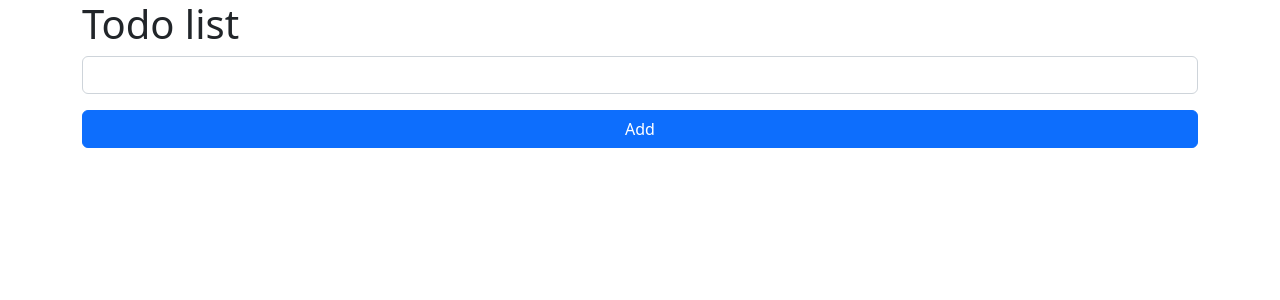
Repository: NPhanA/React2022
Page: / (app in Day 07-State and lifecycle/exercise/)
These files come from the project's save history. The page is drawn as it stood at one moment and after a run of saves; the edit follows.
The browser window is 1280 px wide. The pictures show the whole page.
The project was rebuilt for these pictures with package versions that can differ from the ones it lists, and the page was loaded fresh each time. Also part of the build but not shown: Day 07-State and lifecycle/exercise/src/Components/AppState.js, Day 07-State and lifecycle/exercise/src/Components/FormComponents.js, Day 07-State and lifecycle/exercise/src/Components/BasicCalculator.js, Day 07-State and lifecycle/exercise/src/Components/Home.js, Day 07-State and lifecycle/exercise/src/Components/LogInForm.js.

Above is the page before, as saved 2022-08-01 17:39:10.

### Day 07-State and lifecycle/exercise/src/index.js
import React from 'react';
import ReactDOM from 'react-dom/client';
import './index.css';
import { createRoot } from 'react-dom/client';
import AppState from './Components/AppState';
import 'bootstrap/dist/css/bootstrap.min.css';
import Calculator from './Components/BasicCalculator';
import LogIn from './Components/LogInForm';
import ToDo from './Components/ToDo';
const container = document.getElementById('root');
const root = createRoot(container);
root.render(<ToDo />);

### Day 07-State and lifecycle/exercise/src/Components/ToDo.js
import { Component } from "react";
class ToDo extends Component {
    constructor(props) {
        super(props);
        this.state = {
            todo: [
                { title: "", date: "", content: "" }
            ]
        }
    }


    render() {
        return (
            <div className="container">
                <div className="row">
                    <div className="col-xxl-4"></div>
                    <div className="col-xxl-4">
                        <h1>
                            Todo list
                        </h1>
                        <input type="text" className="form-control mb-3"></input>
                        <button className="btn btn-primary w-100" role="button" type="submit"  data-bs-toggle="modal" data-bs-target="#exampleModalLabel">Add</button>
                    </div>
                    <div className="col-xxl-4"></div>
                </div>

                <div className="modal" tabindex="-1" id="exampleModalLabel">
                    <div className="modal-dialog">
                        <div className="modal-content">
                            <div className="modal-header">
                                <h5 className="modal-title">Modal title</h5>
                                <button type="button" className="btn-close" data-bs-dismiss="modal" aria-label="Close"></button>
                            </div>
                            <div className="modal-body">
                                <p>Modal body text goes here.</p>
                            </div>
                            <div className="modal-footer">
                                <button type="button" className="btn btn-secondary" data-bs-dismiss="modal">Close</button>
                                <button type="button" className="btn btn-primary">Save changes</button>
                            </div>
                        </div>
                    </div>
                </div>



            </div>
        )
    }
}
export default ToDo;

Loaded but not shown: Day 07-State and lifecycle/exercise/public/index.html (common file); Day 07-State and lifecycle/exercise/src/index.css (common file)

After the next 2 saves:
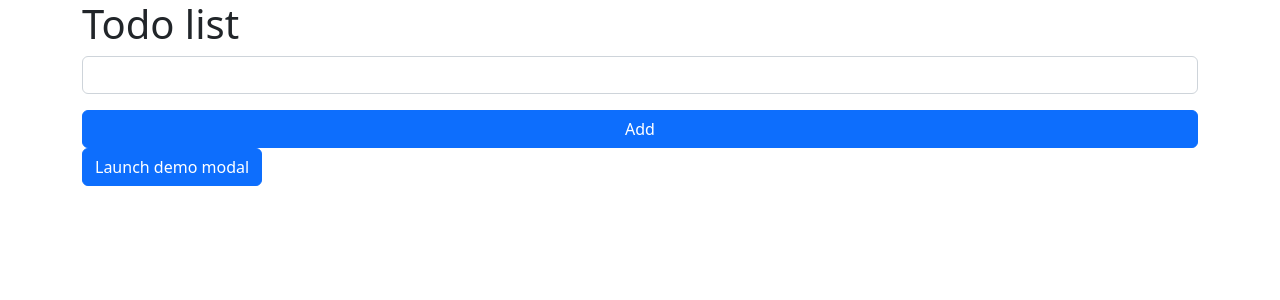
The 2 saves are shown as one change because 1 did not build or start.
The last was saved 96 s later.
--- a/Day 07-State and lifecycle/exercise/src/Components/ToDo.js
+++ b/Day 07-State and lifecycle/exercise/src/Components/ToDo.js
@@ -20,32 +20,38 @@
                             Todo list
                         </h1>
                         <input type="text" className="form-control mb-3"></input>
-                        <button className="btn btn-primary w-100" role="button" type="submit"  data-bs-toggle="modal" data-bs-target="#exampleModalLabel">Add</button>
+                        <button className="btn btn-primary w-100" role="button" type="submit" data-bs-toggle="modal" data-bs-target="#exampleModalLabel">Add</button>
                     </div>
                     <div className="col-xxl-4"></div>
                 </div>
 
-                <div className="modal" tabindex="-1" id="exampleModalLabel">
-                    <div className="modal-dialog">
-                        <div className="modal-content">
-                            <div className="modal-header">
-                                <h5 className="modal-title">Modal title</h5>
-                                <button type="button" className="btn-close" data-bs-dismiss="modal" aria-label="Close"></button>
+                <button type="button" class="btn btn-primary" data-bs-toggle="modal" data-bs-target="#exampleModal">
+                    Launch demo modal
+                </button>
+
+
+                <div class="modal fade" id="exampleModal" tabindex="-1" aria-labelledby="exampleModalLabel" aria-hidden="true">
+                    <div class="modal-dialog">
+                        <div class="modal-content">
+                            <div class="modal-header">
+                                <h5 class="modal-title" id="exampleModalLabel">Modal title</h5>
+                                <button type="button" class="btn-close" data-bs-dismiss="modal" aria-label="Close"></button>
                             </div>
-                            <div className="modal-body">
-                                <p>Modal body text goes here.</p>
+                            <div class="modal-body">
+                                ...
                             </div>
-                            <div className="modal-footer">
-                                <button type="button" className="btn btn-secondary" data-bs-dismiss="modal">Close</button>
-                                <button type="button" className="btn btn-primary">Save changes</button>
+                            <div class="modal-footer">
+                                <button type="button" class="btn btn-secondary" data-bs-dismiss="modal">Close</button>
+                                <button type="button" class="btn btn-primary">Save changes</button>
                             </div>
                         </div>
                     </div>
                 </div>
+            </div>
 
 
 
-            </div>
+
         )
     }
 }

After the 3 saves that followed:
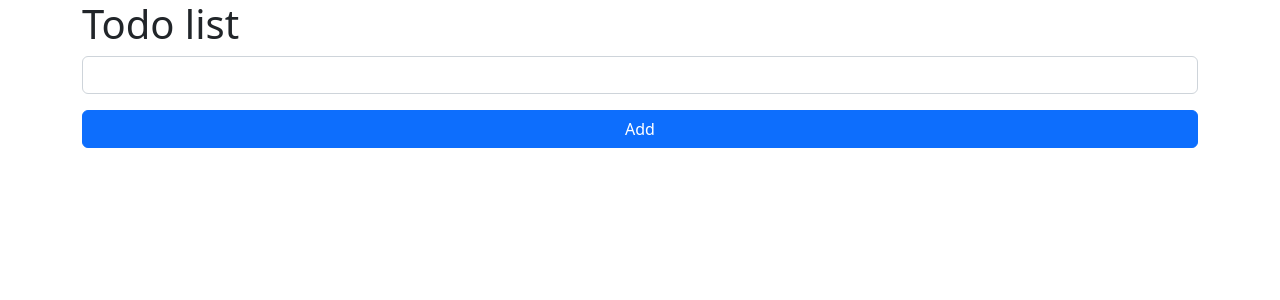
The 3 saves are shown as one change because 2 left the picture as it was.
The last was saved 2 min 25 s later.
--- a/Day 07-State and lifecycle/exercise/src/index.js
+++ b/Day 07-State and lifecycle/exercise/src/index.js
@@ -4,6 +4,7 @@ import './index.css';
 import { createRoot } from 'react-dom/client';
 import AppState from './Components/AppState';
 import 'bootstrap/dist/css/bootstrap.min.css';
+import 'bootstrap/dist/js/bootstrap.min.js';
 import Calculator from './Components/BasicCalculator';
 import LogIn from './Components/LogInForm';
 import ToDo from './Components/ToDo';
--- a/Day 07-State and lifecycle/exercise/src/Components/ToDo.js
+++ b/Day 07-State and lifecycle/exercise/src/Components/ToDo.js
@@ -20,38 +20,32 @@
                             Todo list
                         </h1>
                         <input type="text" className="form-control mb-3"></input>
-                        <button className="btn btn-primary w-100" role="button" type="submit" data-bs-toggle="modal" data-bs-target="#exampleModalLabel">Add</button>
+                        <button className="btn btn-primary w-100" role="button" type="submit"  data-bs-toggle="modal" data-bs-target="#exampleModalLabel">Add</button>
                     </div>
                     <div className="col-xxl-4"></div>
                 </div>
 
-                <button type="button" class="btn btn-primary" data-bs-toggle="modal" data-bs-target="#exampleModal">
-                    Launch demo modal
-                </button>
-
-
-                <div class="modal fade" id="exampleModal" tabindex="-1" aria-labelledby="exampleModalLabel" aria-hidden="true">
-                    <div class="modal-dialog">
-                        <div class="modal-content">
-                            <div class="modal-header">
-                                <h5 class="modal-title" id="exampleModalLabel">Modal title</h5>
-                                <button type="button" class="btn-close" data-bs-dismiss="modal" aria-label="Close"></button>
+                <div className="modal" tabindex="-1" id="exampleModalLabel">
+                    <div className="modal-dialog">
+                        <div className="modal-content">
+                            <div className="modal-header">
+                                <h5 className="modal-title">Modal title</h5>
+                                <button type="button" className="btn-close" data-bs-dismiss="modal" aria-label="Close"></button>
                             </div>
-                            <div class="modal-body">
-                                ...
+                            <div className="modal-body">
+                                <p>Modal body text goes here.</p>
                             </div>
-                            <div class="modal-footer">
-                                <button type="button" class="btn btn-secondary" data-bs-dismiss="modal">Close</button>
-                                <button type="button" class="btn btn-primary">Save changes</button>
+                            <div className="modal-footer">
+                                <button type="button" className="btn btn-secondary" data-bs-dismiss="modal">Close</button>
+                                <button type="button" className="btn btn-primary">Save changes</button>
                             </div>
                         </div>
                     </div>
                 </div>
-            </div>
 
 
 
-
+            </div>
         )
     }
 }
